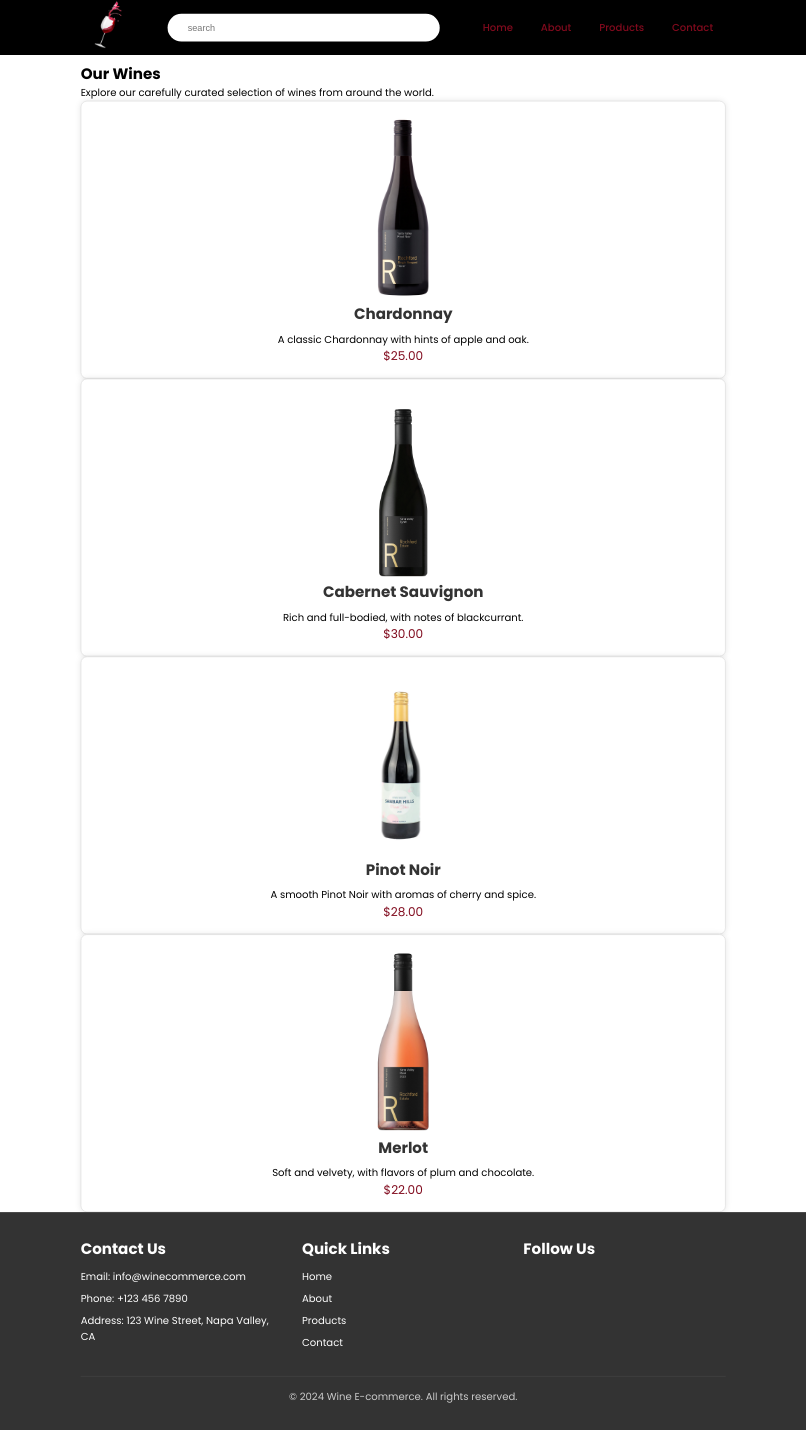
Repository: vncntxl/assesment3
Page: products.html
These files come from the project's save history. The page is drawn as it stood at one moment and after the next save; the edit follows.
The browser window is 1280 px wide. The pictures show the whole page, at 63% of full size.

Above is the page before, as saved 2024-08-22 13:26:33.

After the next save:
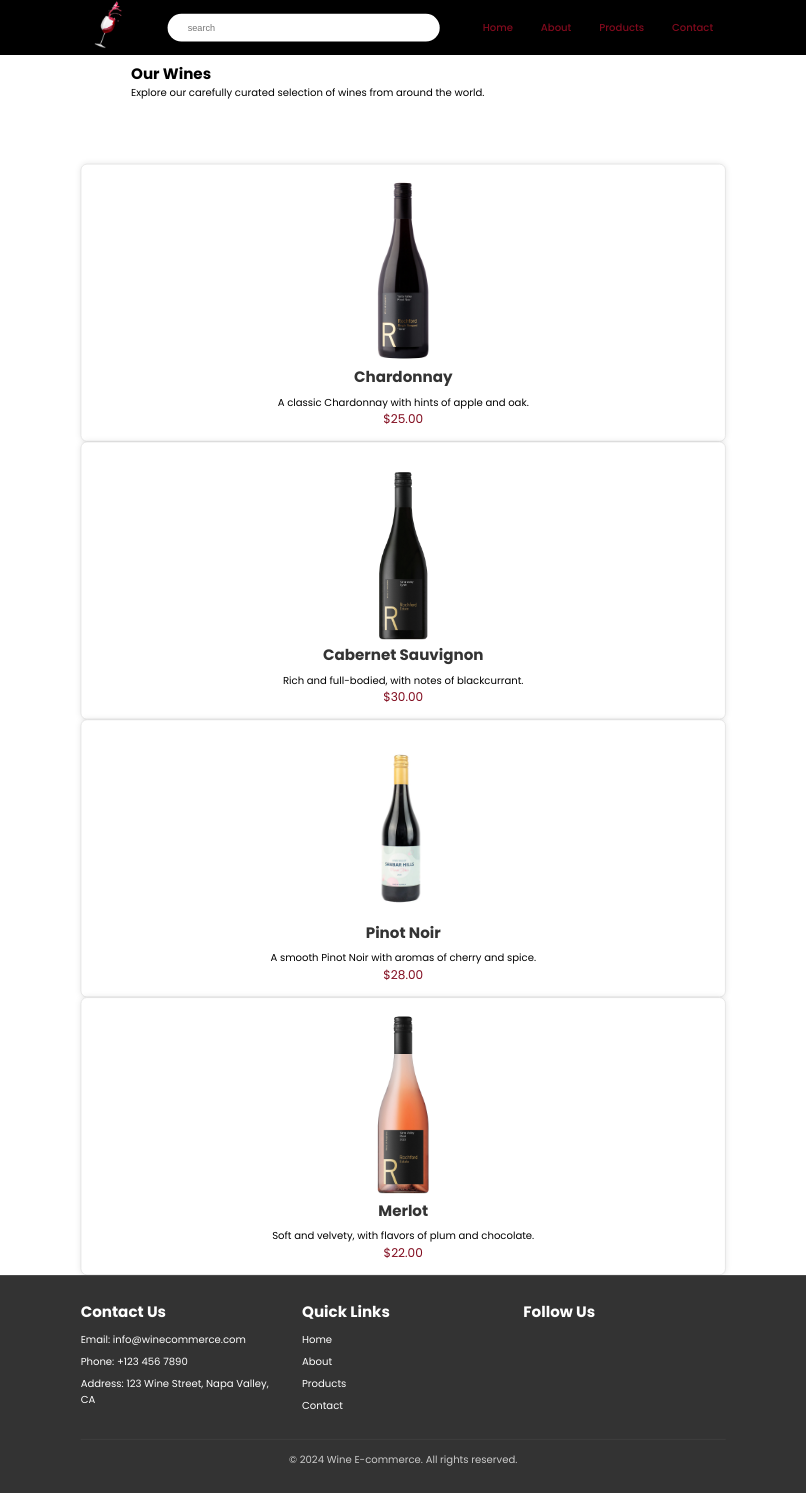
Saved 17 s later.
--- a/styles.css
+++ b/styles.css
@@ -381,5 +381,5 @@
 }
 
 .products-hero{
-    margin-top: 100px;
-}
+    margin: 100px;
+}

After the save that followed:
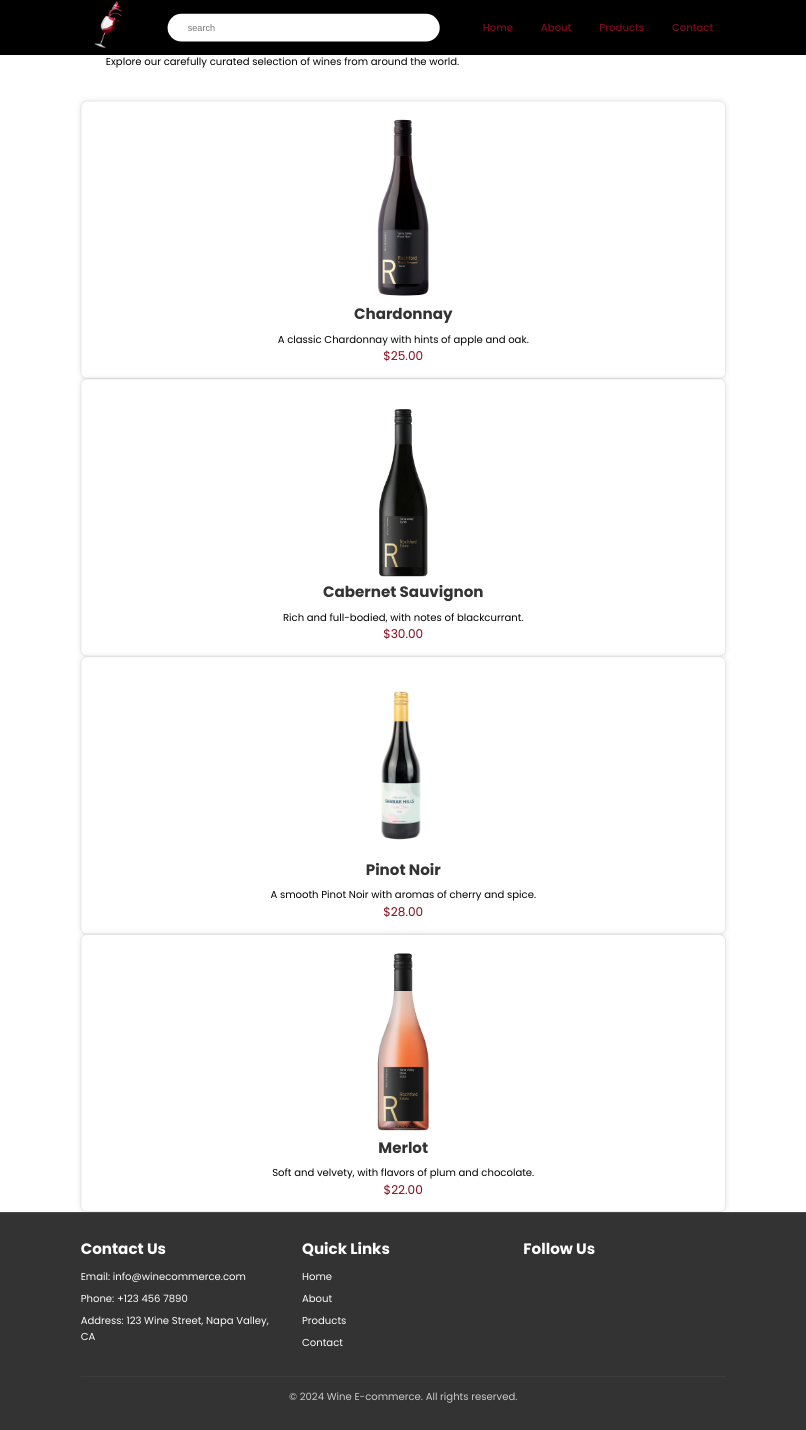
Saved 15 s later.
--- a/styles.css
+++ b/styles.css
@@ -381,5 +381,5 @@
 }
 
 .products-hero{
-    margin: 100px;
-}
+    margin: 50px;
+}
